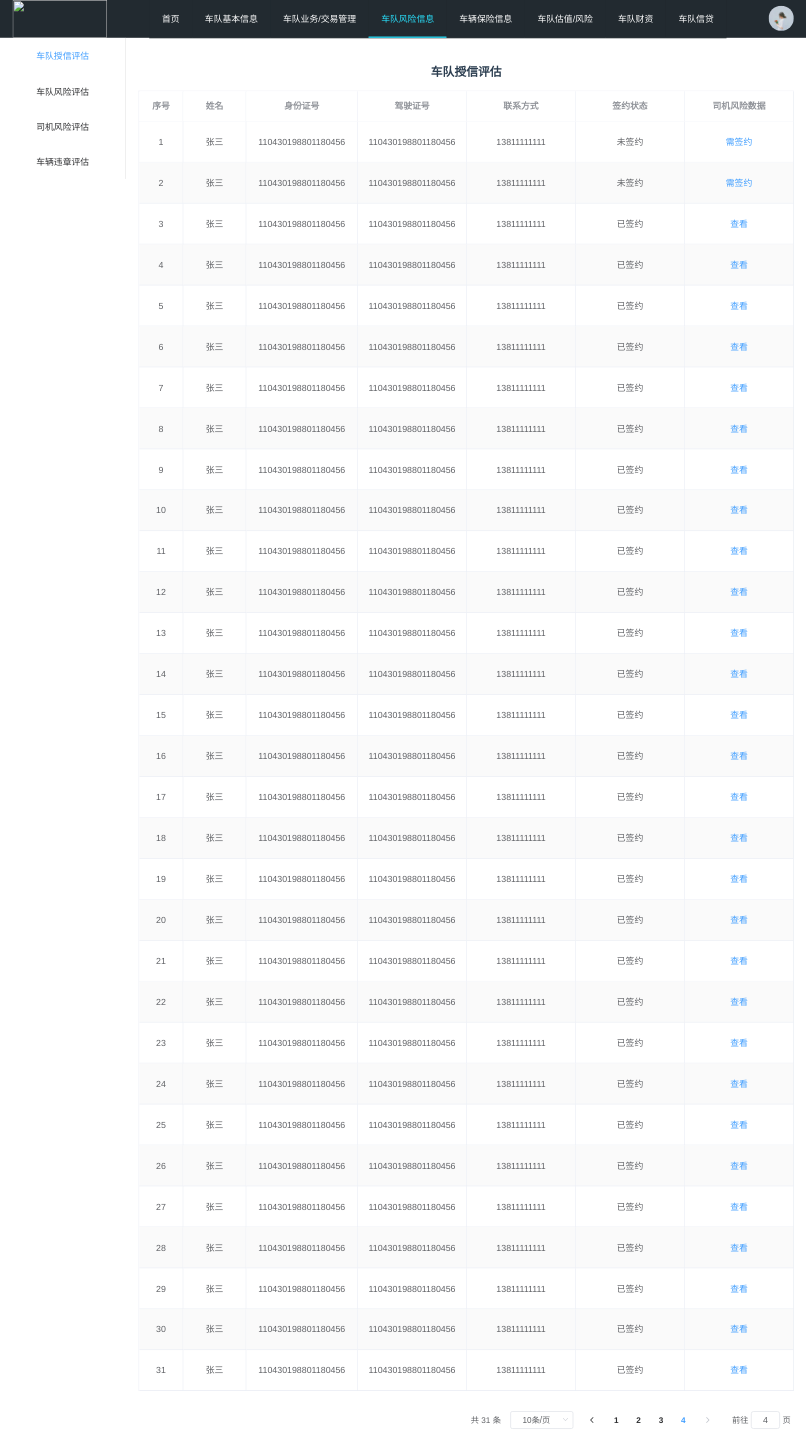
Repository: TheWomanLiketheWind/woodpecker
Page: /
The author's editor kept a copy of each file at every save. The page is drawn from the files as they stood at one save, then again after the next save.
The browser window is 1280 px wide. The pictures show the whole page, at 63% of full size.
The project was rebuilt for these pictures with package versions that can differ from the ones it lists, and the page was loaded fresh each time. Also part of the build but not shown: src/views/menuThird.vue.

Above is the page before, as saved 2019-07-25 21:21:04.

### public/index.html
<!DOCTYPE html>
<html lang="en">
  <head>
    <meta charset="utf-8">
    <meta http-equiv="X-UA-Compatible" content="IE=edge">
    <meta name="viewport" content="width=device-width,initial-scale=1.0">
    <link rel="icon" href="<%= BASE_URL %>favicon.ico">
    <title>woodpecker</title>
  </head>
  <body>
    <noscript>
      <strong>We're sorry but woodpecker doesn't work properly without JavaScript enabled. Please enable it to continue.</strong>
    </noscript>
    <div id="app"></div>
    <!-- built files will be auto injected -->
  </body>
</html>

### src/App.vue
<template>
  <div id="app">
    <router-view />
  </div>
</template>

<style lang="scss">
#app {
  font-family: "Avenir", Helvetica, Arial, sans-serif;
  -webkit-font-smoothing: antialiased;
  -moz-osx-font-smoothing: grayscale;
  text-align: center;
  color: #2c3e50;
  .el-header {
    display: flex;
    justify-content: space-between;
    align-items: center;
  }
}
#nav {
  padding: 30px;
  a {
    font-weight: bold;
    color: #2c3e50;
    &.router-link-exact-active {
      color: #42b983;
    }
  }
}
body {
  margin: 0;
}
</style>

### src/router.ts
import Vue from 'vue'
import Router from 'vue-router'
import Home from './views/Home.vue'
Vue.use(Router)

export default new Router({
  mode: 'history',
  base: process.env.BASE_URL,
  routes: [
    {
      path: '/',
      name: 'home',
      component: Home,
      children: [
        {
          path: '/',
          name: 'menuSecond',
          children: [
            {
              path: '/',
              name: 'menuThird',
              component: () =>
                import(/* webpackChunkName: "about" */ './views/menuThird.vue')
            }
          ],
          component: () =>
            import(/* webpackChunkName: "about" */ './views/menuSecond.vue')
        }
      ]
    }
  ]
})

### src/views/Home.vue
<template>
  <el-container>
    <el-header class="headerAll">
      <img src=""
           class="headImage">
      <el-menu :default-active="activeIndex"
               class="el-menu-demo"
               mode="horizontal"
               background-color="#222a30"
               text-color="#fff"
               active-text-color="#29e2fe"
               @select="handleSelect">
        <el-menu-item v-for="(item, index) in menuList"
                      :key="index"
                      :index="item.index"
                      v-on:listenToChildEvent="menuClick">{{item.name}}</el-menu-item>
      </el-menu>

      <el-dropdown>
        <img src="../assets/headImage.jpg"
             class="drophead" />
        <el-dropdown-menu slot="dropdown">
          <el-dropdown-item>个人信息</el-dropdown-item>
          <el-dropdown-item>退出</el-dropdown-item>
        </el-dropdown-menu>
      </el-dropdown>
    </el-header>
    <!-- <router-link to="/menuSecond">点击跳转</router-link> -->
    <router-view />
  </el-container>
</template>

<script lang="ts">
import { Component, Vue } from "vue-property-decorator";

@Component({
  components: {}
})
export default class Home extends Vue {
  data() {
    return {
      activeIndex: "4",
      menuList: [
        {
          name: "首页",
          index: "1",
          link: ""
        },
        {
          name: "车队基本信息",
          index: "2",
          link: ""
        },
        {
          name: "车队业务/交易管理",
          index: "3",
          link: ""
        },
        {
          name: "车队风险信息",
          index: "4",
          link: ""
        },
        {
          name: "车辆保险信息",
          index: "5",
          link: ""
        },
        {
          name: "车队估值/风险",
          index: "6",
          link: ""
        },
        {
          name: "车队财资",
          index: "7",
          link: ""
        },
        {
          name: "车队信贷",
          index: "8",
          link: ""
        }
      ]
    };
  }

  private handleSelect(key: any, keyPath: any) {
    console.log(key, keyPath);
  }

  menuClick(data: any) {
    this.$router.push(data);
  }
}
</script>

<style lang="scss">
.headerAll {
  background: #222a30;
  .headImage {
    width: 150px;
    height: 100%;
    border: 0;
  }
  .drophead {
    width: 40px;
    height: 40px;
    border-radius: 50%;
  }
}
</style>

### src/views/menuSecond.vue
<template>
  <el-container>

    <el-aside width="200px">
      <el-menu :default-active="defaultActive"
               class="el-menu-vertical-demo"
               @select="handleSelect">
        <el-menu-item v-for="(item, index) in filesList.navigeList"
                      :key="index"
                      :index="item.index">
          <span slot="title">{{item.name}}</span>
        </el-menu-item>
      </el-menu>
    </el-aside>
    <el-main>
      <h3>{{filesList.navigeList[this.selectIndex].name}}</h3>
      <el-table :data="tableData"
                border
                stripe
                style="width: 100%">
        <el-table-column type="index"
                         label="序号"
                         width="70"
                         align="center">
        </el-table-column>
        <el-table-column prop="name"
                         label="姓名"
                         width="100"
                         align="center" />
        <el-table-column prop="cardId"
                         label="身份证号"
                         align="center" />
        <el-table-column prop="driveId"
                         label="驾驶证号"
                         align="center" />
        <el-table-column prop="tel"
                         label="联系方式"
                         align="center" />
        <el-table-column prop="signType"
                         label="签约状态"
                         align="center">
          <template slot-scope="scope">
            {{scope.row.signType === 0?'未签约':'已签约'}}
          </template>
        </el-table-column>
        <el-table-column label="司机风险数据"
                         align="center">
          <template slot-scope="scope">
            <el-button type="text"
                       v-if="scope.row.signType === 0">需签约</el-button>
            <el-button type="text"
                       v-else>查看</el-button>
          </template>
        </el-table-column>
      </el-table>
      <el-pagination @size-change="handleSizeChange"
                     @current-change="handleCurrentChange"
                     :current-page="currentPage4"
                     :page-sizes="[10, 20, 50, 100]"
                     :page-size="10"
                     layout="total, sizes, prev, pager, next, jumper"
                     :total="tableData.length">
      </el-pagination>
    </el-main>
  </el-container>

</template>

<script lang="ts">
import Vue from "vue";
import files from "../jsonFile";

export default Vue.extend({
  data() {
    return {
      filesList: files,
      selectIndex: 0,
      defaultActive: "1",
      currentPage4: 4,
      tableData: [
        {
          name: "张三",
          cardId: "110430198801180456",
          driveId: "110430198801180456",
          tel: "13811111111",
          signType: 0
        }
      ]
    };
  },
  mounted() {
    this.defined();
  },
  methods: {
    defined() {
      for (let i = 0; i < 30; i++) {
        let object = {
          name: "张三",
          cardId: "110430198801180456",
          driveId: "110430198801180456",
          tel: "13811111111",
          signType: i === 0 ? 0 : 1
        };
        this.tableData.push(object);
      }
    },
    handleSelect(key: String) {
      this.selectIndex = Number(key) - 1;
    },
    handleSizeChange(val: Number) {
      console.log(`每页 ${val} 条`);
    },
    handleCurrentChange(val: Number) {
      console.log(`当前页: ${val}`);
    }
  }
});
</script>


<style lang="scss">
.el-pagination {
  margin-top: 30px;
  float: right;
}
</style>

### src/jsonFile.ts
const fileObject = {
  navigeList: [
    {
      name: '车队授信评估',
      index: '1'
    },
    {
      name: '车队风险评估',
      index: '2'
    },
    {
      name: '司机风险评估',
      index: '3'
    },
    {
      name: '车辆违章评估',
      index: '4'
    }
  ]
}

export default fileObject

Loaded but not shown: src/main.ts (common file); src/store.ts (common file)

After the next save:
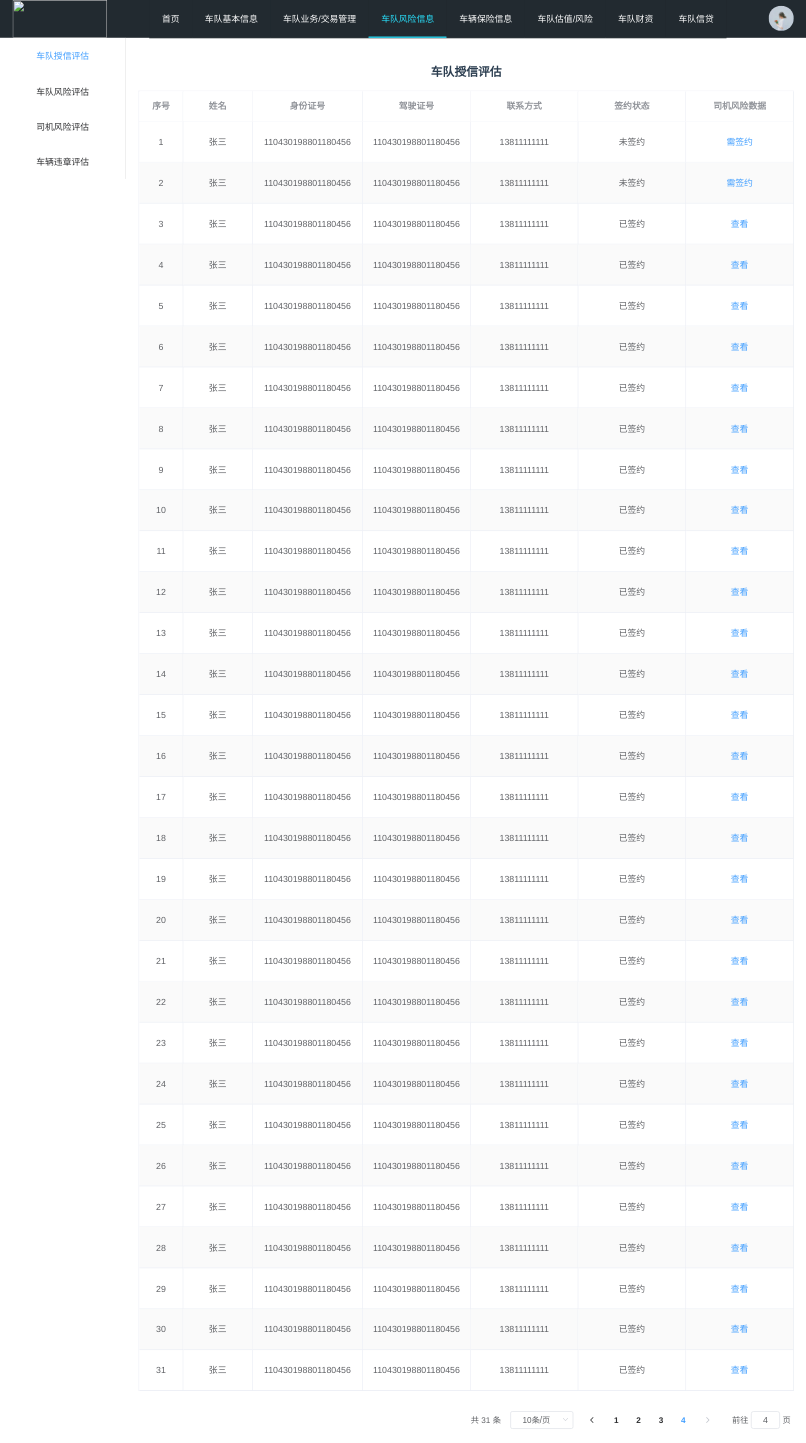
Saved 6 s later.
--- a/src/views/menuSecond.vue
+++ b/src/views/menuSecond.vue
@@ -25,7 +25,7 @@
         </el-table-column>
         <el-table-column prop="name"
                          label="姓名"
-                         width="100"
+                         width="110"
                          align="center" />
         <el-table-column prop="cardId"
                          label="身份证号"
